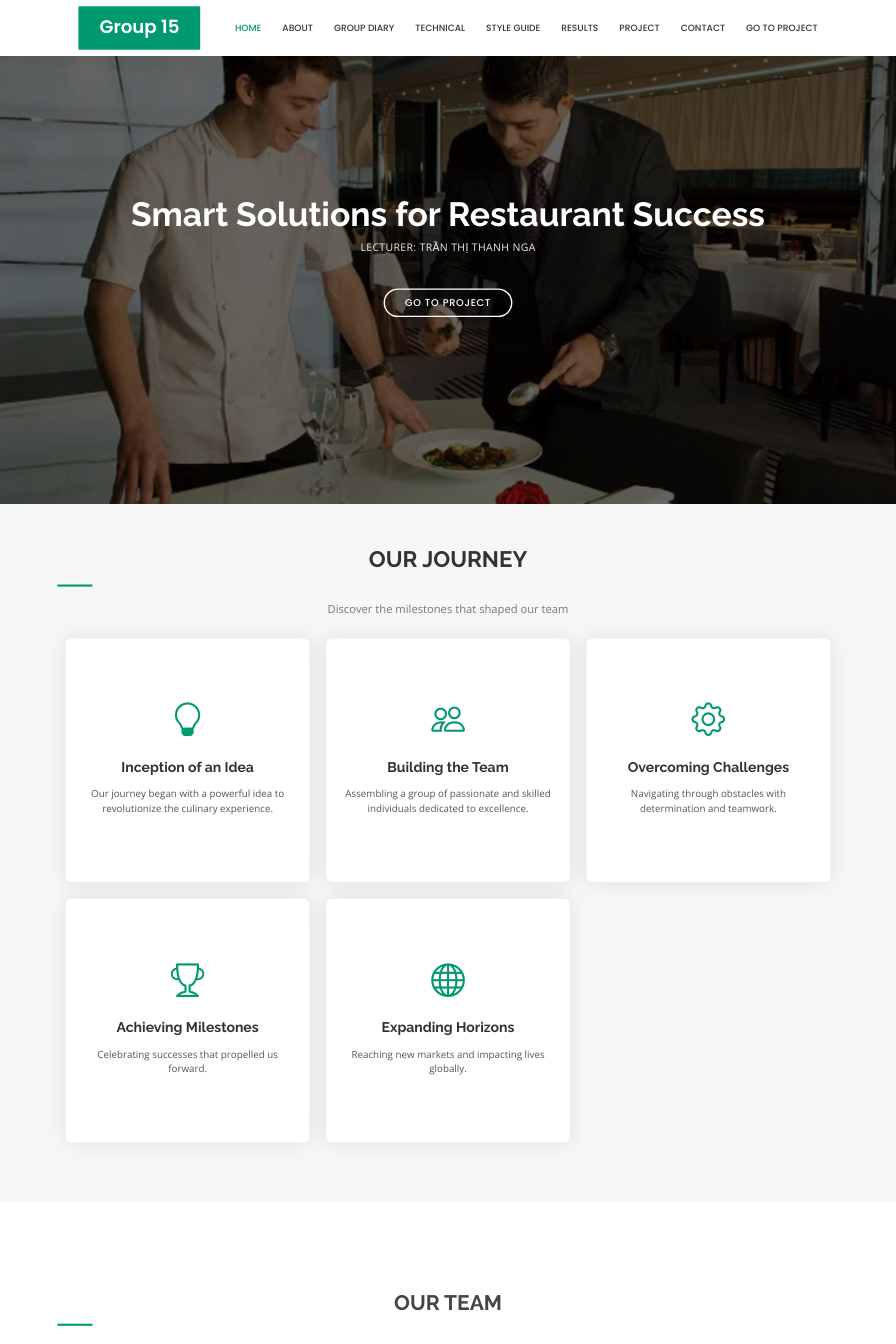
Repository: HoangKhangKhuPho4/Group_Web
Page: index.html
These files come from the project's save history. The page is drawn as it stood at one moment and after the next save; the edit follows.
The browser window is 1280 px wide. The pictures show the part of the page from y = 0 to 1920 px (the page is 2787 px tall), at 70% of full size.
Backgrounds fixed to the window are drawn as part of the page.

Above is the page before, as saved 2024-12-06 15:28:11.

After the next save:
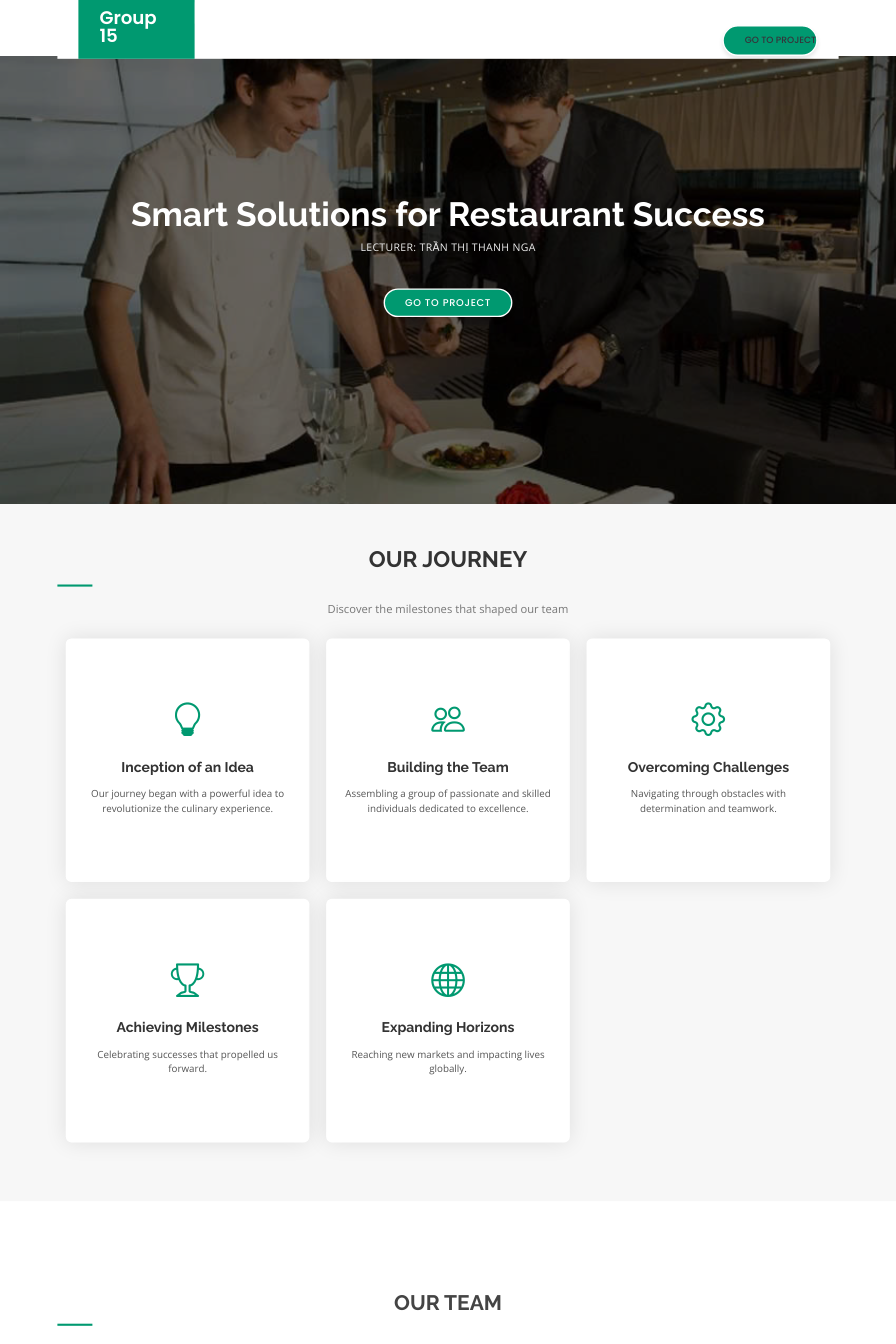
Saved 39 s later.
--- a/index.html
+++ b/index.html
@@ -48,6 +48,142 @@
     <link href="assets/css/style.css" rel="stylesheet" />
 
     <!-- Custom CSS -->
+     <style>
+      /* Đặt box-sizing toàn cục */
+* {
+  box-sizing: border-box;
+}
+
+/* Các quy tắc CSS hiện tại của bạn ... */
+
+/* Định dạng cho container của CTA */
+.cta-container {
+  margin-left: auto; /* Đẩy nút về phía bên phải trong flex container */
+}
+
+/* Định dạng nút "Go To Project" */
+.btn-get-started {
+  background-color: #009970; /* Màu xanh lá cây giống logo */
+  color: #fff; /* Chữ trắng */
+  border: 2px solid #fff; /* Viền trắng */
+  padding: 10px 25px; /* Kích thước padding */
+  border-radius: 50px; /* Bo tròn góc nút */
+  font-weight: bold; /* Đậm chữ */
+  text-transform: uppercase; /* Chữ in hoa */
+  display: inline-flex; /* Hiển thị inline-flex để áp dụng padding và margin */
+  align-items: center; /* Căn giữa theo chiều dọc */
+  justify-content: center; /* Căn giữa theo chiều ngang */
+  transition: background-color 0.3s ease, transform 0.3s ease; /* Hiệu ứng chuyển đổi */
+  box-shadow: 0 4px 6px rgba(0, 0, 0, 0.1); /* Bóng đổ nhẹ */
+  text-decoration: none; /* Loại bỏ gạch chân */
+  margin-left: 20px; /* Khoảng cách từ các liên kết navigation */
+}
+
+.btn-get-started:hover {
+  background-color: #00b383; /* Màu xanh lá cây đậm hơn khi hover */
+  transform: translateY(-2px); /* Hiệu ứng nâng nút lên */
+  text-decoration: none; /* Loại bỏ gạch chân khi hover */
+}
+
+/* Responsive Design cho CTA */
+@media (max-width: 768px) {
+  .cta-container {
+    width: 100%; /* Độ rộng toàn bộ trên mobile */
+    text-align: center; /* Căn giữa nội dung */
+    margin: 15px 0; /* Khoảng cách trên mobile */
+  }
+
+  .btn-get-started {
+    width: 100%; /* Độ rộng toàn bộ trên mobile */
+    padding: 12px 0; /* Điều chỉnh padding */
+    margin-left: 0; /* Loại bỏ margin-left trên mobile */
+  }
+}
+
+/* Định dạng cho thanh navigation */
+.navbar {
+  display: flex;
+  align-items: center;
+  justify-content: space-between; /* Phân bố không gian giữa ul và CTA button */
+}
+
+.navbar ul {
+  display: flex;
+  list-style: none;
+  margin: 0;
+  padding: 0;
+}
+
+.navbar ul li {
+  margin-right: 15px; /* Giảm khoảng cách giữa các mục navigation */
+}
+
+.navbar ul li a {
+  color: #fff; /* Màu chữ các liên kết navigation */
+  padding: 8px 12px;
+  border-radius: 4px;
+  transition: background-color 0.3s ease;
+}
+
+.navbar ul li a:hover,
+.navbar ul li a.active {
+  background-color: rgba(255, 255, 255, 0.2); /* Màu nền khi hover và active */
+  color: #fff;
+}
+
+/* Responsive Design: Điều chỉnh cho các màn hình nhỏ hơn */
+@media (max-width: 768px) {
+  .navbar {
+    flex-direction: column; /* Đổi hướng flex trong navbar */
+    align-items: flex-start; /* Căn lề trái */
+  }
+
+  .navbar ul {
+    flex-direction: column; /* Đổi hướng danh sách ul thành cột */
+    width: 100%; /* Độ rộng toàn bộ */
+    display: none; /* Ẩn menu mặc định */
+  }
+
+  .navbar.active ul {
+    display: flex; /* Hiển thị menu khi active */
+  }
+
+  .navbar ul li {
+    width: 100%; /* Đặt độ rộng li toàn bộ */
+    margin-right: 0; /* Loại bỏ margin phải */
+    margin-bottom: 10px; /* Thêm khoảng cách dưới cho các mục trên mobile */
+  }
+
+  .cta-container {
+    width: 100%; /* Độ rộng toàn bộ trên mobile */
+    text-align: center; /* Căn giữa nội dung */
+    margin: 15px 0; /* Khoảng cách trên mobile */
+  }
+
+  .btn-get-started {
+    width: 100%; /* Độ rộng toàn bộ trên mobile */
+    padding: 12px 0; /* Điều chỉnh padding */
+    margin-left: 0; /* Loại bỏ margin-left trên mobile */
+  }
+
+  .mobile-nav-toggle {
+    display: block;
+    color: #fff;
+    font-size: 24px;
+    cursor: pointer;
+    position: absolute;
+    top: 20px;
+    right: 20px;
+  }
+}
+
+/* Thêm CSS cho icon trong nút nếu bạn muốn thêm icon */
+.btn-get-started i {
+  margin-right: 8px; /* Khoảng cách giữa icon và chữ */
+  font-size: 16px; /* Kích thước icon */
+}
+
+     </style>
     <style></style>
   </head>
 

After the 3 saves that followed:
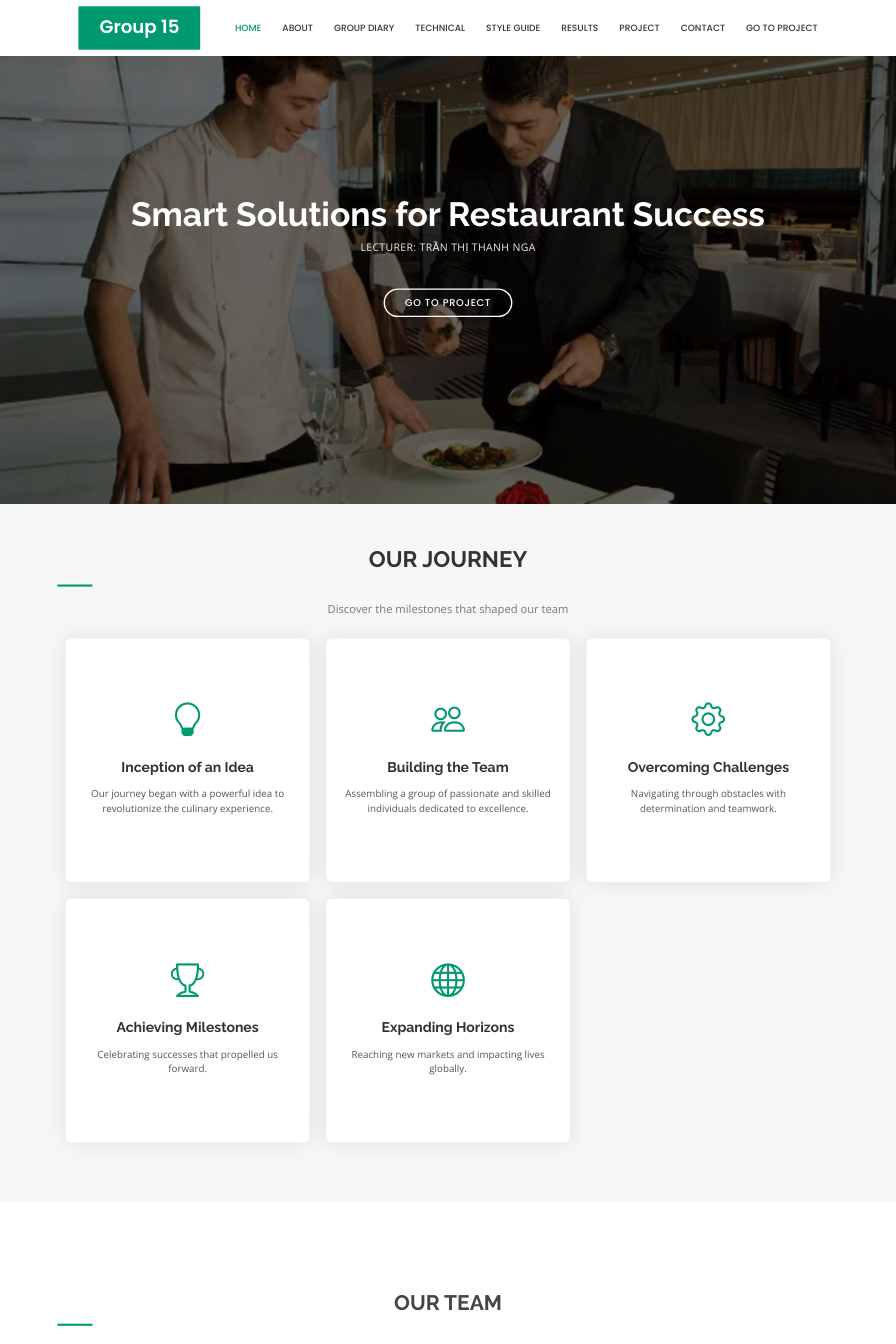
The 3 saves are shown as one change because 2 left the picture as it was.
The last was saved 69 s later.
--- a/index.html
+++ b/index.html
@@ -49,139 +49,6 @@
 
     <!-- Custom CSS -->
      <style>
-      /* Đặt box-sizing toàn cục */
-* {
-  box-sizing: border-box;
-}
-
-/* Các quy tắc CSS hiện tại của bạn ... */
-
-/* Định dạng cho container của CTA */
-.cta-container {
-  margin-left: auto; /* Đẩy nút về phía bên phải trong flex container */
-}
-
-/* Định dạng nút "Go To Project" */
-.btn-get-started {
-  background-color: #009970; /* Màu xanh lá cây giống logo */
-  color: #fff; /* Chữ trắng */
-  border: 2px solid #fff; /* Viền trắng */
-  padding: 10px 25px; /* Kích thước padding */
-  border-radius: 50px; /* Bo tròn góc nút */
-  font-weight: bold; /* Đậm chữ */
-  text-transform: uppercase; /* Chữ in hoa */
-  display: inline-flex; /* Hiển thị inline-flex để áp dụng padding và margin */
-  align-items: center; /* Căn giữa theo chiều dọc */
-  justify-content: center; /* Căn giữa theo chiều ngang */
-  transition: background-color 0.3s ease, transform 0.3s ease; /* Hiệu ứng chuyển đổi */
-  box-shadow: 0 4px 6px rgba(0, 0, 0, 0.1); /* Bóng đổ nhẹ */
-  text-decoration: none; /* Loại bỏ gạch chân */
-  margin-left: 20px; /* Khoảng cách từ các liên kết navigation */
-}
-
-.btn-get-started:hover {
-  background-color: #00b383; /* Màu xanh lá cây đậm hơn khi hover */
-  transform: translateY(-2px); /* Hiệu ứng nâng nút lên */
-  text-decoration: none; /* Loại bỏ gạch chân khi hover */
-}
-
-/* Responsive Design cho CTA */
-@media (max-width: 768px) {
-  .cta-container {
-    width: 100%; /* Độ rộng toàn bộ trên mobile */
-    text-align: center; /* Căn giữa nội dung */
-    margin: 15px 0; /* Khoảng cách trên mobile */
-  }
-
-  .btn-get-started {
-    width: 100%; /* Độ rộng toàn bộ trên mobile */
-    padding: 12px 0; /* Điều chỉnh padding */
-    margin-left: 0; /* Loại bỏ margin-left trên mobile */
-  }
-}
-
-/* Định dạng cho thanh navigation */
-.navbar {
-  display: flex;
-  align-items: center;
-  justify-content: space-between; /* Phân bố không gian giữa ul và CTA button */
-}
-
-.navbar ul {
-  display: flex;
-  list-style: none;
-  margin: 0;
-  padding: 0;
-}
-
-.navbar ul li {
-  margin-right: 15px; /* Giảm khoảng cách giữa các mục navigation */
-}
-
-.navbar ul li a {
-  color: #fff; /* Màu chữ các liên kết navigation */
-  padding: 8px 12px;
-  border-radius: 4px;
-  transition: background-color 0.3s ease;
-}
-
-.navbar ul li a:hover,
-.navbar ul li a.active {
-  background-color: rgba(255, 255, 255, 0.2); /* Màu nền khi hover và active */
-  color: #fff;
-}
-
-/* Responsive Design: Điều chỉnh cho các màn hình nhỏ hơn */
-@media (max-width: 768px) {
-  .navbar {
-    flex-direction: column; /* Đổi hướng flex trong navbar */
-    align-items: flex-start; /* Căn lề trái */
-  }
-
-  .navbar ul {
-    flex-direction: column; /* Đổi hướng danh sách ul thành cột */
-    width: 100%; /* Độ rộng toàn bộ */
-    display: none; /* Ẩn menu mặc định */
-  }
-
-  .navbar.active ul {
-    display: flex; /* Hiển thị menu khi active */
-  }
-
-  .navbar ul li {
-    width: 100%; /* Đặt độ rộng li toàn bộ */
-    margin-right: 0; /* Loại bỏ margin phải */
-    margin-bottom: 10px; /* Thêm khoảng cách dưới cho các mục trên mobile */
-  }
-
-  .cta-container {
-    width: 100%; /* Độ rộng toàn bộ trên mobile */
-    text-align: center; /* Căn giữa nội dung */
-    margin: 15px 0; /* Khoảng cách trên mobile */
-  }
-
-  .btn-get-started {
-    width: 100%; /* Độ rộng toàn bộ trên mobile */
-    padding: 12px 0; /* Điều chỉnh padding */
-    margin-left: 0; /* Loại bỏ margin-left trên mobile */
-  }
-
-  .mobile-nav-toggle {
-    display: block;
-    color: #fff;
-    font-size: 24px;
-    cursor: pointer;
-    position: absolute;
-    top: 20px;
-    right: 20px;
-  }
-}
-
-/* Thêm CSS cho icon trong nút nếu bạn muốn thêm icon */
-.btn-get-started i {
-  margin-right: 8px; /* Khoảng cách giữa icon và chữ */
-  font-size: 16px; /* Kích thước icon */
-}
 
      </style>
     <style></style>
